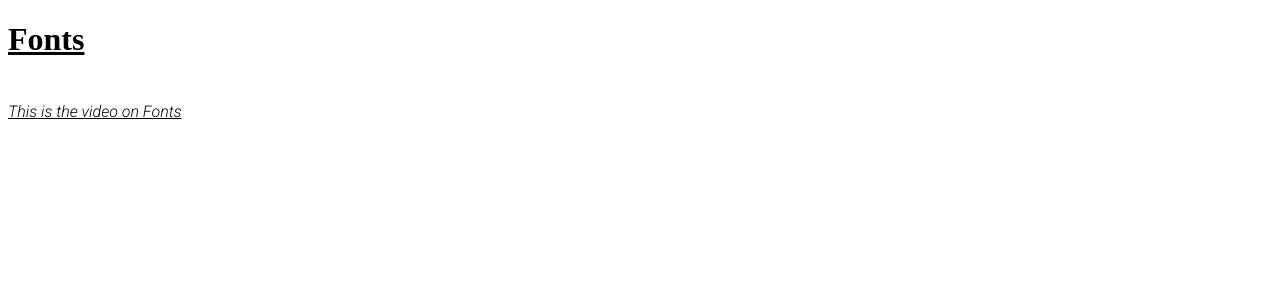
Repository: diensy/Web_dev
Page: Css/Fonts/index.html
The author's editor kept a copy of each file at every save. The page is drawn from the files as they stood at one save, then again after a run of saves.
The browser window is 1280 px wide. The pictures show the whole page.
Some web fonts or font styles are not loaded; a fallback is used.

Above is the page before, as saved 2024-05-22 22:35:19.

After the next 4 saves:
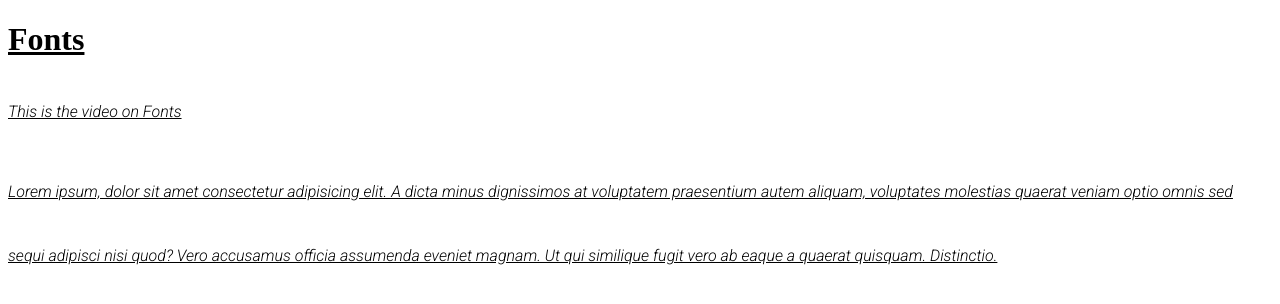
The 4 saves are shown as one change because they came seconds apart.
The last was saved 12 s later.
--- a/Css/Fonts/index.html
+++ b/Css/Fonts/index.html
@@ -4,13 +4,19 @@
     <meta charset="UTF-8" />
     <meta name="viewport" content="width=device-width, initial-scale=1.0" />
     <title>Document</title>
-    <link rel="stylesheet" href="font.css">
+    <link rel="stylesheet" href="font.css" />
   </head>
   <body>
     <div>
       <h1><u>Fonts</u></h1>
       <p>This is the video on Fonts</p>
-
+      <p>
+        Lorem ipsum, dolor sit amet consectetur adipisicing elit. A dicta minus
+        dignissimos at voluptatem praesentium autem aliquam, voluptates
+        molestias quaerat veniam optio omnis sed sequi adipisci nisi quod? Vero
+        accusamus officia assumenda eveniet magnam. Ut qui similique fugit vero
+        ab eaque a quaerat quisquam. Distinctio.
+      </p>
     </div>
   </body>
 </html>
